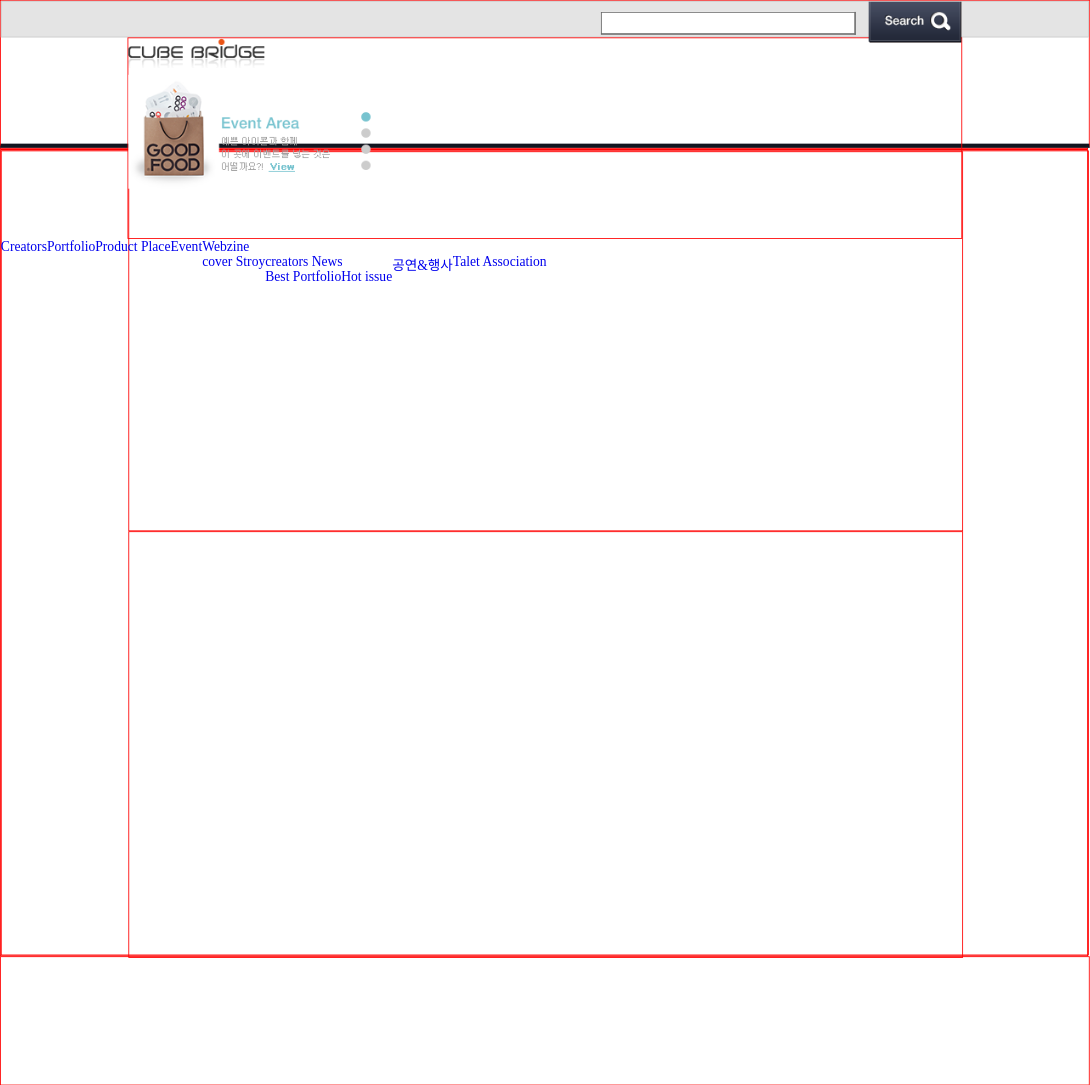
Repository: jungsoon-kim/home_study
Page: study/webzine.html
The author's editor kept a copy of each file at every save. The page is drawn from the files as they stood at one save, then again after the next save.
The browser window is 1280 px wide. The page is 1282 px wide, so the pictures cover 1282 px, including what lies to the right of the window. The pictures show the whole page, at 85% of full size.

Above is the page before, as saved 2015-09-14 15:17:34.

After the next save:
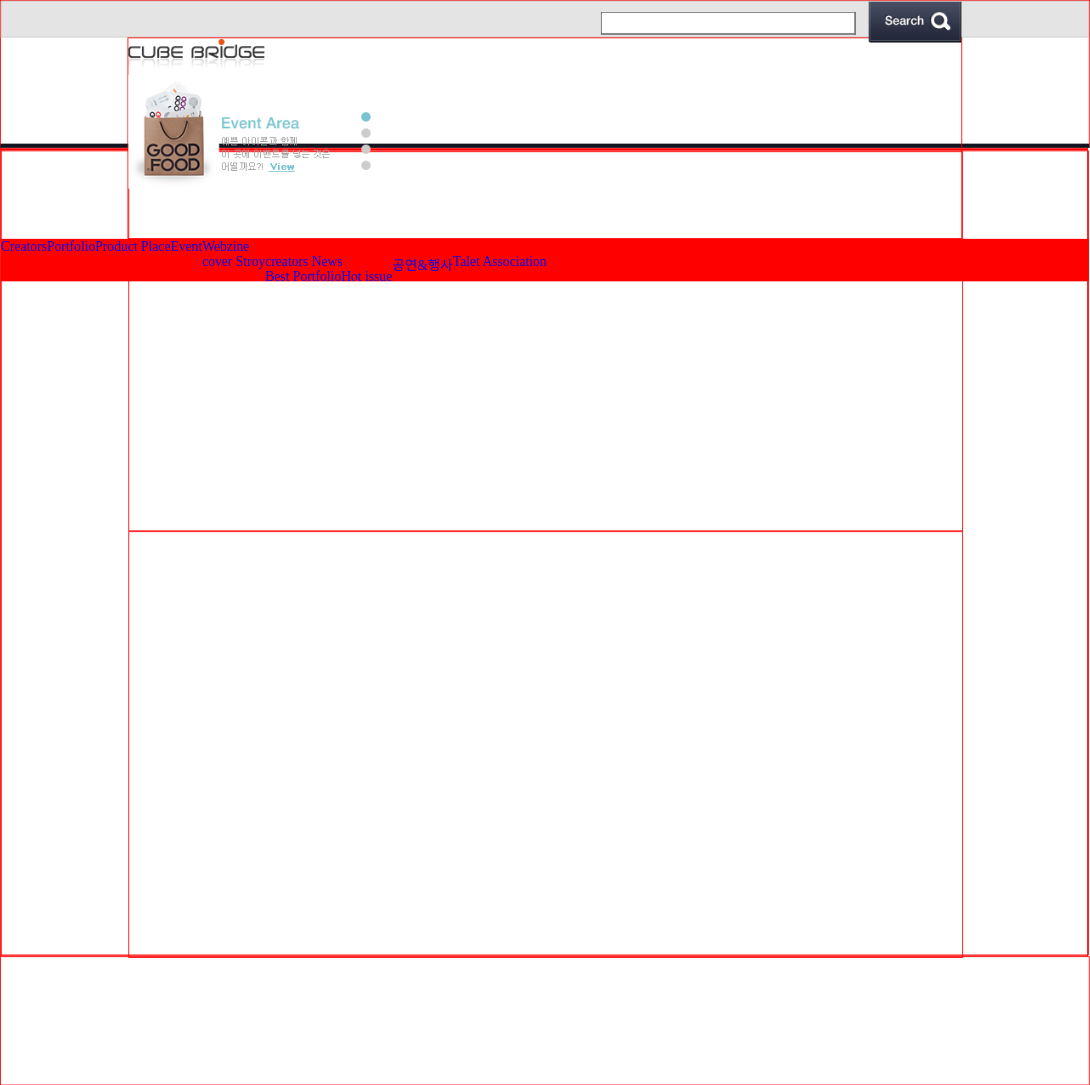
Saved 19 s later.
--- a/study/common.css
+++ b/study/common.css
@@ -25,7 +25,8 @@ fieldset {border:0 none;}
 .header-top .wrap fieldset input[type="submit"] {width: 109px; height: 48px; /*vertical-align:top;*/ border:0 none; background:url(images/search_box.PNG)no-repeat ; text-indent:-9999px;}
 .wrap h1 {display:inline-block;}
 
-.lnb {}
+.aaa {width:100%; height:50px; background: red;}
+.lnb {width:}
 .lnb li {float:left;}
 
 
